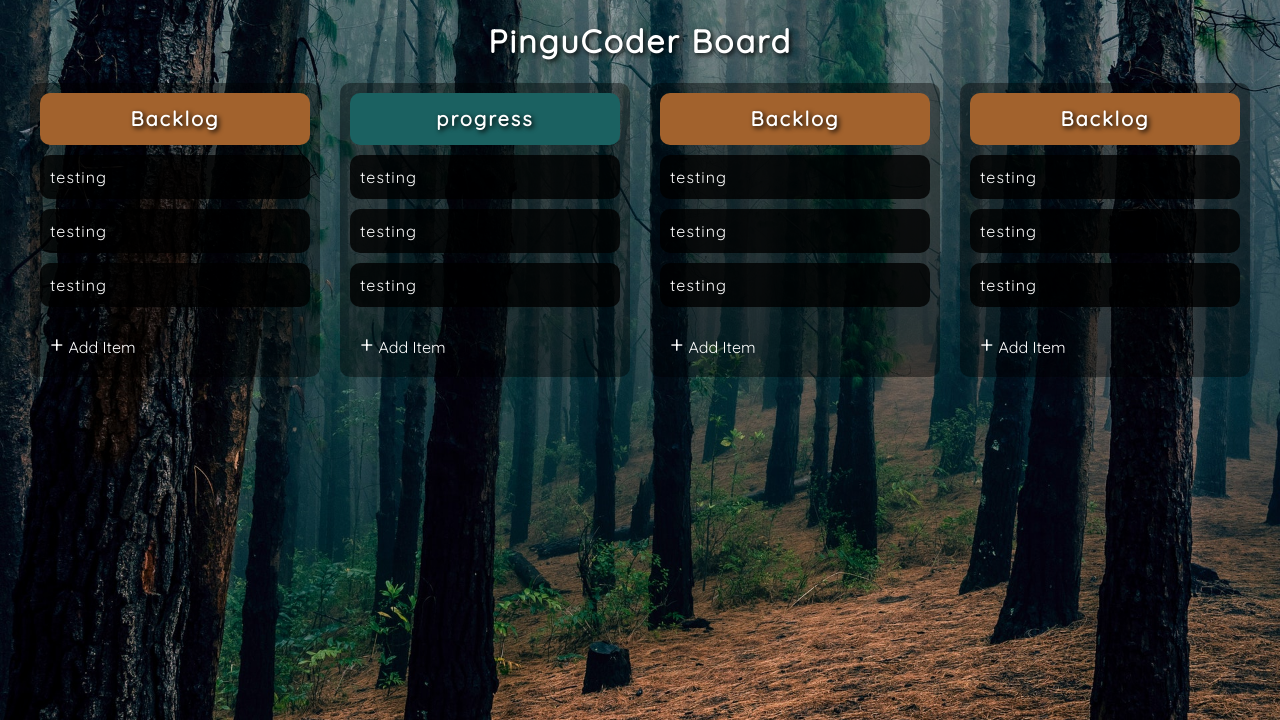
Repository: chanwarichawki/6Drag-And-Drop
Page: index.html
The author's editor kept a copy of each file at every save. The page is drawn from the files as they stood at one save, then again after a run of saves.
The browser window is 1280 px wide. The pictures show the whole page.

Above is the page before, as saved 2023-12-25 19:00:12.

After the next 2 saves:
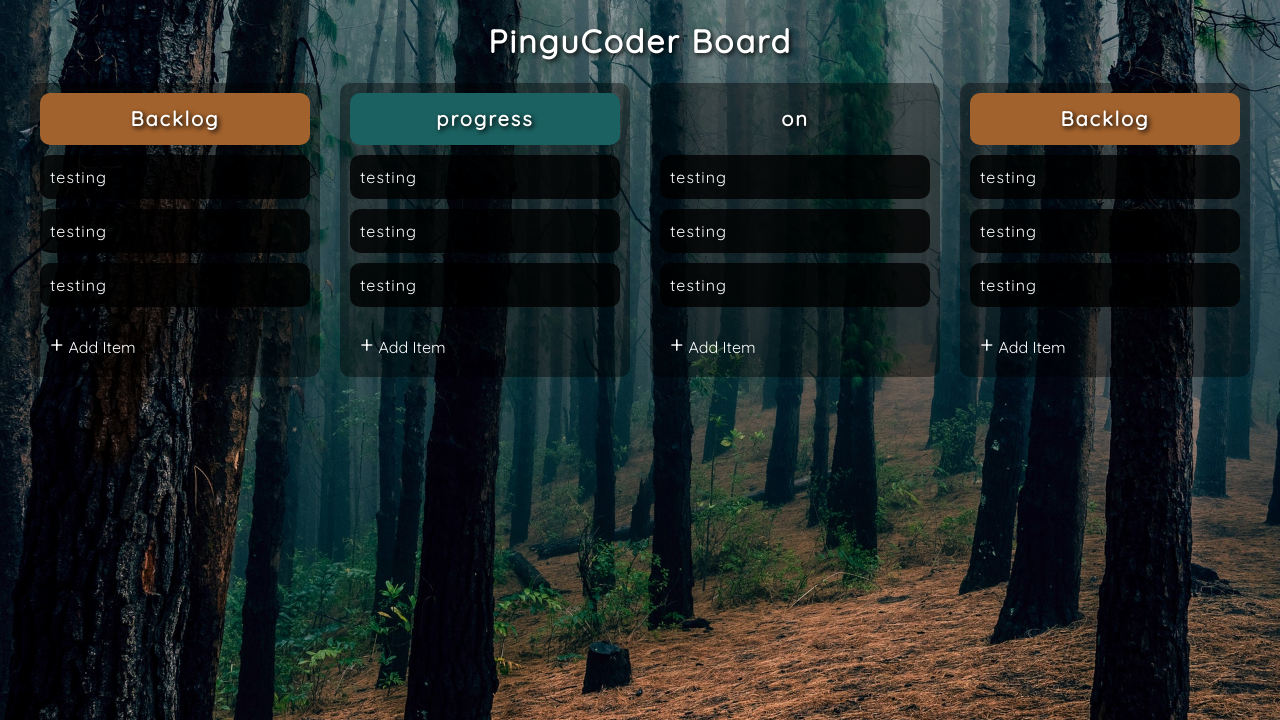
The 2 saves are shown as one change because they came seconds apart.
The last was saved 18 min 45 s later.
--- a/index.html
+++ b/index.html
@@ -69,14 +69,14 @@
       </li>
 
 
-        <!-- backLog column -->
-        <li class="drag-column backlog-column">
+        <!-- on column -->
+        <li class="drag-column on-column">
         <span class="header">
-          <h1>Backlog</h1>
+          <h1>on</h1>
         </span>
-        <!-- backLog content -->
-        <div class="backlog-content">
-          <ul class="drag-item-list" id="backlog-list">
+        <!-- on content -->
+        <div class="on-content">
+          <ul class="drag-item-list" id="on-list">
             <li class="drag-item">testing</li>
             <li class="drag-item">testing</li>
             <li class="drag-item">testing</li>
